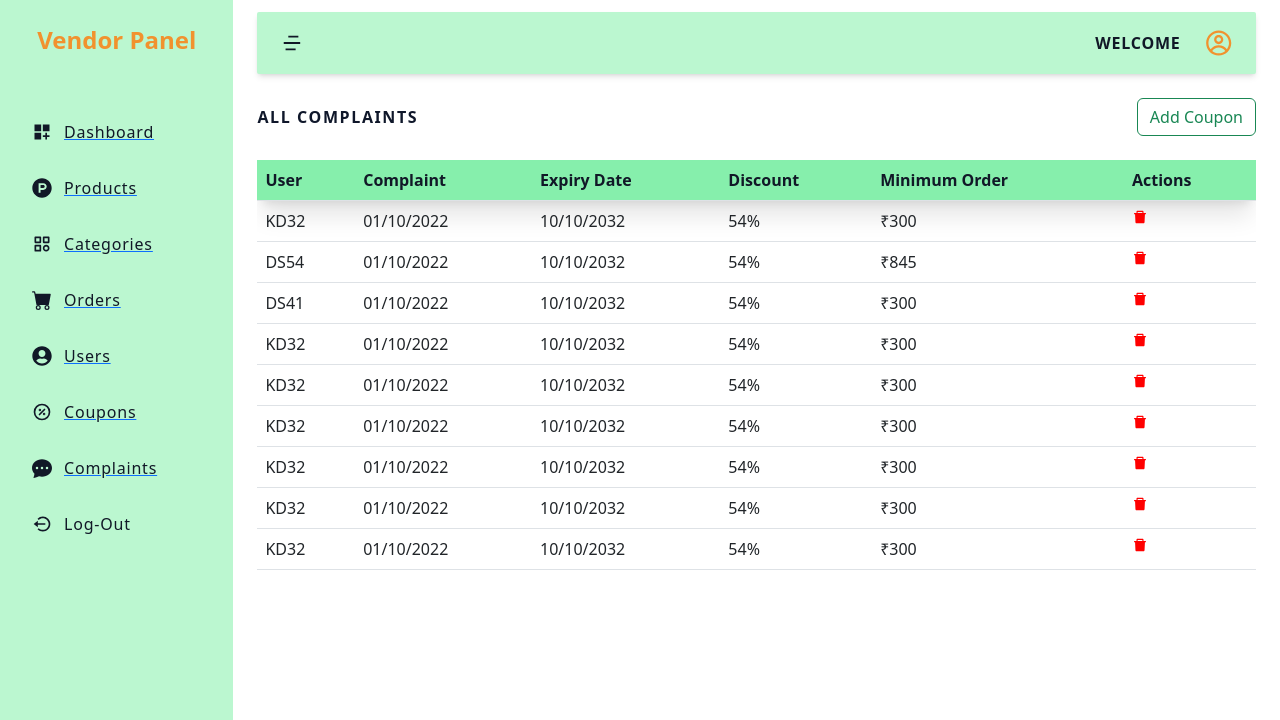
Repository: FlyweisReact/JitenderAdminPanel
Page: /chat
The author's editor kept a copy of each file at every save. The page is drawn from the files as they stood at one save, then again after a run of saves.
The browser window is 1280 px wide. The pictures show the whole page.
The project was rebuilt for these pictures with package versions that can differ from the ones it lists, and the page was loaded fresh each time. Also part of the build but not shown: src/components/forms/Login.jsx, src/components/pages/Dashboard.jsx, src/components/vendorPanel/components/layout/Navbar.jsx, src/components/vendorPanel/components/layout/Sidebar.jsx, src/components/vendorPanel/components/layout/HOC.jsx, src/components/vendorPanel/components/pages/Message/Message.js, src/components/pages/UserKundli/UserKundli.jsx, src/components/pages/discount/Discount.jsx and 18 more.

Above is the page before, as saved 2022-11-05 17:03:35.

### public/index.html
<!-- @format -->

<!DOCTYPE html>
<html lang="en">
  <head>
    <meta charset="utf-8" />
    <!-- <link rel="icon" href="%PUBLIC_URL%/favicon.png" /> -->
    <meta name="viewport" content="width=device-width, initial-scale=1" />
    <meta name="theme-color" content="#000000" />
    <meta
      name="description"
      content="Web site created using create-react-app"
    />
    <link rel="apple-touch-icon" href="%PUBLIC_URL%/favicon.ico?v=2" />

    <link rel="manifest" href="%PUBLIC_URL%/manifest.json" />

    <title>Astrologers Panel</title>
  </head>
  <body>
    <noscript>You need to enable JavaScript to run this app.</noscript>
    <div id="root"></div>
    <script src="https://code.jquery.com/jquery-3.6.0.min.js"></script>
  </body>
</html>

### src/index.js
import React from "react";
import ReactDOM from "react-dom/client";
import "./index.css";
import App from "./App";
import { BrowserRouter } from "react-router-dom";
import 'bootstrap/dist/css/bootstrap.min.css'

const root = ReactDOM.createRoot(document.getElementById("root"));
root.render(
  <React.StrictMode>
    <BrowserRouter>
      <App />
    </BrowserRouter>
  </React.StrictMode>
);

### src/index.css
/** @format */

@tailwind base;
@tailwind components;
@tailwind utilities;

body {
  margin: 0;
  font-family: -apple-system, BlinkMacSystemFont, "Segoe UI", "Roboto", "Oxygen",
    "Ubuntu", "Cantarell", "Fira Sans", "Droid Sans", "Helvetica Neue",
    sans-serif;
  -webkit-font-smoothing: antialiased;
  -moz-osx-font-smoothing: grayscale;
}

code {
  font-family: source-code-pro, Menlo, Monaco, Consolas, "Courier New",
    monospace;
}

/* Wcomponents */
.wcomp::-webkit-scrollbar {
  width: 0px;
}
::-webkit-scrollbar {
  width: 0px;
}
::-webkit-scrollbar-track {
  background: #696f78;
}
/* Handle */
::-webkit-scrollbar-thumb {
  background: #b4b8bf;
}

.main-card--container {
  display: grid;
  grid-template-columns: repeat(3, minmax(300px, 500px));
  grid-gap: 50px;
  justify-content: space-around;
}
.card-container {
  margin: 25px 0 auto;

  position: relative;
  display: grid;
  grid-template-columns: 1fr;
  justify-content: space-around;
  align-items: flex-start;
}

.img-thumbnail {
  width: 80px;
}
.img-large {
  max-width: 80%;
}

### src/App.js
/** @format */

import { Routes, Route, Link } from "react-router-dom";
import Login from "./components/forms/Login";
import Dashboard from "./components/pages/Dashboard";
import { ToastContainer } from "react-toastify";
import MSG from './components/vendorPanel/components/pages/Message/Message'
import "react-toastify/dist/ReactToastify.css";
import UserKundli from "./components/pages/UserKundli/UserKundli";
import Discount from "./components/pages/discount/Discount";
import Chat from "./components/pages/reactChat/Chat";
import Horoscope from "./components/pages/horoScope/Horoscope";
import Specification from "./components/pages/SpecificationPage/Specification";
import VendorLogin from "./components/vendorPanel/components/forms/VendorLogin";
import VendorDashboard from "./components/vendorPanel/components/pages/VendorDashboard";
import Fedd from "./components/pages/FeedBack/Fedd";
import Astrologers from "./components/vendorPanel/components/pages/Astrologer/Astrologers";
import Users from "./components/vendorPanel/components/pages/Users/Users";
import Kundli from "./components/vendorPanel/components/pages/Kundli/Kundli";
import AdminHoro from "./components/vendorPanel/components/pages/Horoscope/Horoscope";
import Forgot from "./components/vendorPanel/components/forms/Forgot";
import ResetPassword from "./components/vendorPanel/components/forms/ResetPassword";
import Changepassword from "./components/vendorPanel/components/forms/Changepassword";
import TimeSlots from "./components/pages/TimeSlots/TimeSlots";
import Documents from "./components/pages/Documents/Documents";
import Banner from "./components/pages/Banner/Banner";
import Notify from "./components/pages/Notifications/Notify";
import Booking from "./components/vendorPanel/components/pages/Booking/Booking";
import ProductDetail from "./components/pages/FeedBack/ProductDetail";

function App() {
  return (
    <>
      <ToastContainer />


      <Routes>
        <Route path="/" element={<Login />} />
        <Route path="/dashboard" element={<Dashboard />} />
        <Route path="/userkundli" element={<UserKundli />} />
        <Route path="/discount" element={<Discount />} />
        <Route path="/horoscope" element={<Horoscope />} />
        <Route path="/specification" element={<Specification />} />
        <Route path="/chat" element={<Chat />} />
        <Route path="feedback" element={<Fedd />} />
        <Route path="/time" element={<TimeSlots />} />
        <Route path="/document" element={<Documents />} />
        <Route path="/ban" element={<Banner />} />
        <Route path='/not' element={<Notify />} />
        <Route path="/viewProduct" element={<ProductDetail />} />
        {/* Admin Panel */}
        <Route path="/vendorLogin" element={<VendorLogin />} />
        <Route path="/otp" element={<Forgot />} />
        <Route path="/book" element={<Booking />} />
        <Route path='/msg' element={ <MSG /> } />
        <Route path="/resetPass" element={<ResetPassword />} />
        <Route path="/resetPassword" element={<Changepassword />} />
        <Route path="/vendorDashboard" element={<VendorDashboard />} />
        <Route path="/astro" element={<Astrologers />} />
        <Route path="/users" element={<Users />} />
        <Route path="/kundli" element={<Kundli />} />
        <Route path="/horo" element={<AdminHoro />} />
      </Routes>
    </>
  );
}

export default App;

### src/components/pages/reactChat/Chat.js
/** @format */

import React, { useEffect, useState } from "react";
import { IoMdClose } from "react-icons/io";
import { AiFillEdit, AiFillDelete, AiFillEye } from "react-icons/ai";
import HOC from "../../layout/HOC";
import axios from "axios";
import { toast } from "react-toastify";
import Table from "react-bootstrap/Table";
import { useNavigate } from "react-router-dom";
import Button from "react-bootstrap/Button";
import Modal from "react-bootstrap/Modal";
import Form from "react-bootstrap/Form";

const products = [
  {
    code: "KD32",
    ActivationDate: "01/10/2022",
    Expirydate: "10/10/2032",
    discount: "54",
    minOrder: "300",
  },
  {
    code: "DS54",
    ActivationDate: "01/10/2022",
    Expirydate: "10/10/2032",
    discount: "54",
    minOrder: "845",
  },
  {
    code: "DS41",
    ActivationDate: "01/10/2022",
    Expirydate: "10/10/2032",
    discount: "54",
    minOrder: "300",
  },

  {
    code: "KD32",
    ActivationDate: "01/10/2022",
    Expirydate: "10/10/2032",
    discount: "54",
    minOrder: "300",
  },
  {
    code: "KD32",
    ActivationDate: "01/10/2022",
    Expirydate: "10/10/2032",
    discount: "54",
    minOrder: "300",
  },
  {
    code: "KD32",
    ActivationDate: "01/10/2022",
    Expirydate: "10/10/2032",
    discount: "54",
    minOrder: "300",
  },

  {
    code: "KD32",
    ActivationDate: "01/10/2022",
    Expirydate: "10/10/2032",
    discount: "54",
    minOrder: "300",
  },
  {
    code: "KD32",
    ActivationDate: "01/10/2022",
    Expirydate: "10/10/2032",
    discount: "54",
    minOrder: "300",
  },
  {
    code: "KD32",
    ActivationDate: "01/10/2022",
    Expirydate: "10/10/2032",
    discount: "54",
    minOrder: "300",
  },
];

// Edit Order Modal ------------------------------------------------------------

function MyVerticallyCenteredModal(props) {
  return (
    <Modal
      {...props}
      size="lg"
      aria-labelledby="contained-modal-title-vcenter"
      centered
    >
      <Modal.Header closeButton>
        <Modal.Title id="contained-modal-title-vcenter">Edit Order</Modal.Title>
      </Modal.Header>
      <Modal.Body>
        <Form>
          <Form.Group className="mb-3" controlId="formBasicPassword">
            <Form.Label>Coupon Code</Form.Label>
            <Form.Control type="text"  />
          </Form.Group>
          <Form.Group className="mb-3" controlId="formBasicPassword">
            <Form.Label>Activation Date</Form.Label>
            <Form.Control type="date"  />
          </Form.Group>
          <Form.Group className="mb-3" controlId="formBasicPassword">
            <Form.Label>Expiry Date</Form.Label>
            <Form.Control type="date"/>
          </Form.Group>
          <Form.Group className="mb-3" controlId="formBasicPassword">
            <Form.Label>Discount</Form.Label>
            <Form.Control type="number" placeholder="90" min={1} />
          </Form.Group>
          <Form.Group className="mb-3" controlId="formBasicPassword">
            <Form.Label>Minimum Order</Form.Label>
            <Form.Control type="number" placeholder="500" min={1} />
          </Form.Group>
          <Button variant="primary" type="submit">
            Submit
          </Button>
        </Form>
      </Modal.Body>
    </Modal>
  );
}

// Edit Order Modal Ends Here ---------------------------------------------------

const Chat = () => {
  const [modalShow, setModalShow] = React.useState(false);

  return (
    <>
      {/* ------------------------------------------------------------- */}

      <MyVerticallyCenteredModal
        show={modalShow}
        onHide={() => setModalShow(false)}
      />

      {/* ------------------------------------------------------------- */}

      <section>
        <div className="pb-4 sticky top-0  w-full flex justify-between items-center bg-white">
          <span className="tracking-widest text-slate-900 font-semibold uppercase ">
            All Complaints
          </span>
          <Button    onClick={() => setModalShow(true)} variant='outline-success'>
            Add Coupon
          </Button>
        </div>

        <div style={{ maxWidth: "100%", overflow: "auto" }}>
          <Table style={{ paddingTop: "5%" }}>
            <thead>
              <tr className=" border-b bg-green-300 shadow-xl text-gray-900">
                <th>User</th>
                <th> Complaint </th>
                <th>Expiry Date</th>
                <th>Discount</th>
                <th>Minimum Order</th>
                <th>Actions</th>
              </tr>
            </thead>
            <tbody>
              {products?.map((i, index) => (
                <tr key={index} style={{ marginTop: "1%" }}>
                  <td>{i.code} </td>
                  <td>{i.ActivationDate} </td>
                  <td>{i.Expirydate} </td>
                  <td>{i.discount}% </td>
                  <td>₹{i.minOrder} </td>
                  <td>
                    <span style={{ display: "flex", gap: "5px" }}>

                      <AiFillDelete color="red" cursor="pointer" />
                    </span>
                  </td>
                </tr>
              ))}
            </tbody>
          </Table>
        </div>
      </section>
    </>
  );
};

export default HOC(Chat);

### src/components/layout/HOC.jsx
import React, { useState } from "react";
import Navbar from "./Navbar";
import Sidebar from "./Sidebar";

const HOC = (Wcomponenet) => {
  return function Component() {
    const [hamb, setHamb] = useState(false);
    return (
      <>
        <section className="flex overflow-x-hidden">
          {/* Sidebar */}
          <div
            className={
              hamb
                ? " absolute top-0 z-30 md:w-auto shadow-md bg-slate-200  w-60 transition-all md:-left-full left duration-150  h-screen  left-0 "
                : " md:w-72 z-30 bg-green-200  shadow-md  md:static absolute top-0 -left-full  h-screen transition-all duration-150 "
            }
          >
            <Sidebar hamb={hamb} setHamb={setHamb} />
          </div>
          {/* Components & Navbar */}
          <div
            className={
              hamb
                ? " transition-all px-4 py-2  bg-white duration-150 w-full h-screen"
                : " w-full h-screen  px-4 py-2  bg-white z-50 transition-all duration-150 "
            }
          >
            <Navbar hamb={hamb} setHamb={setHamb} />
            <div className="my-6 text-white h-[87%] wcomp overflow-y-auto">
              <Wcomponenet />
            </div>
          </div>
        </section>
      </>
    );
  };
};

export default HOC;

### src/components/layout/Navbar.jsx
import { RiMenu4Line } from "react-icons/ri";
import { useNavigate } from "react-router-dom";
import { toast } from "react-toastify";
import { CgProfile } from "react-icons/cg";
import { IoMdClose, IoMdNotifications } from "react-icons/io";
import { useState } from "react";
import Button from "react-bootstrap/Button";
import Modal from "react-bootstrap/Modal";
import Container from "react-bootstrap/Container";
import Form from "react-bootstrap/Form";


function MyVerticallyCenteredModal(props) {
  return (
    <Modal
      {...props}
      size="lg"
      aria-labelledby="contained-modal-title-vcenter"
      centered
    >
      <Modal.Header closeButton>
        <Modal.Title id="contained-modal-title-vcenter">
          Edit Profile
        </Modal.Title>
      </Modal.Header>
      <Modal.Body>
        <Container style={{ width: "600px" }}>
          <Form>
            <Form.Group className="mb-3" controlId="formBasicEmail">
              <Form.Label>Name</Form.Label>
              <Form.Control type="text" placeholder="Admin" />
            </Form.Group>
            <Form.Group className="mb-3" controlId="formBasicPassword">
              <Form.Label>Email Address</Form.Label>
              <Form.Control type="email" placeholder="vendor@gmail.com" />
            </Form.Group>
            <Form.Group className="mb-3" controlId="formBasicPassword">
              <Form.Label>Password</Form.Label>
              <Form.Control type="password" placeholder="Password" />
            </Form.Group>
            <Form.Group className="mb-3" controlId="formBasicPassword">
              <Form.Label>Profile Image</Form.Label>
              <Form.Control type="file"/>
            </Form.Group>
            <Button variant="outline-success" type="submit">
              Edit
            </Button>
          </Form>
        </Container>
      </Modal.Body>

    </Modal>
  );
}



const Navbar = ({ hamb, setHamb }) => {
  const [modalShow, setModalShow] = useState(false);



  return (
    <>

      <MyVerticallyCenteredModal
        show={modalShow}
        onHide={() => setModalShow(false)}
      />

      <div
        className={
          hamb
            ? "flex  w-full justify-between  my-1 rounded-sm  p-4 py-3 shadow-md items-center  bg-green-200 space-x-4"
            : "flex  w-full justify-between my-1 rounded-sm  p-4 py-3 shadow-md items-center  bg-green-200 space-x-4"
        }
      >
        <RiMenu4Line
          onClick={() => setHamb(!hamb)}
          className="text-2xl font-bold text-gray-900 hover:scale-90 cursor-pointer"
        />

        {/* Profile */}
        <section className="flex sm:ml-auto justify-end sm:w-full items-center space-x-2  pr-2">
          <span className="cursor-pointer text-2xl">
            {/* <IoMdNotifications /> */}
          </span>
          <figcaption className="tracking-wider pl-1 font-semibold">
            {" "}
            <div className="lg:text-base text-sm text-gray-900  uppercase">
              Welcome
            </div>
          </figcaption>
        </section>
        <CgProfile
          onClick={() => setModalShow(true)}
          className="text-2xl sm:text-3xl font-bold text-[rgb(241,146,46)] cursor-pointer"
        />

      </div>
    </>
  );
};

export default Navbar;

### src/components/layout/Sidebar.jsx
/** @format */

import React from "react";
import { RiCloseLine } from "react-icons/ri";
import { Link, useNavigate } from "react-router-dom";
import { BsFillChatDotsFill } from "react-icons/bs";
import { MdOutlineHighQuality  ,MdCircleNotifications} from "react-icons/md";
import { BiTable } from "react-icons/bi";
import { BiLogOutCircle , BiCategory } from "react-icons/bi";
import { TbDiscount } from "react-icons/tb";
import { FaProductHunt  ,FaUserCircle } from "react-icons/fa";
import {IoIosTime ,IoMdImages} from 'react-icons/io'
import {GrDocumentPdf} from 'react-icons/gr'
import {BsFillCartFill} from 'react-icons/bs'

import { MdDashboardCustomize } from "react-icons/md";
import { toast } from "react-toastify";

const Sidebar = ({ hamb, setHamb }) => {
  const navigate = useNavigate();

  const nav = [
    {
      icon: <MdDashboardCustomize className="text-xl mr-3" />,
      link: "/dashboard",
      name: "Dashboard",
    },
    {
      icon: <FaProductHunt className="text-xl mr-3" />,
      link: "/feedback",
      name: "Products",
    },
    {
      icon: <BiCategory className="text-xl mr-3" />,
      link: "/userkundli",
      name: "Categories",
    },
    {
      icon: <BsFillCartFill className="text-xl mr-3" />,
      link: "/time",
      name: "Orders",
    },
    {
      icon: <FaUserCircle className="text-xl mr-3" />,
      link: "/document",
      name: "Users",
    },
    {
      icon: <TbDiscount className="text-xl mr-3" />,
      link: "/discount",
      name: "Coupons",
    },
    {
      icon: <BsFillChatDotsFill className="text-xl mr-3" />,
      link: "/chat",
      name: "Complaints",
    },
  ];

  const logOut = () => {
    navigate("/");
    toast.success("Log -Out Successfull");
  };
  return (
    <>
      <aside className="p-4 bg-green-200">
        {/* Top */}
        <div className="w-full md:hidden relative  p-2 mb-4">
          <RiCloseLine
            onClick={() => setHamb(!hamb)}
            className="text-3xl  absolute top-2 sm:hover:rotate-[228deg] transition-transform font-bold right-2 sm:hover:text-[22px] text-[rgb(241,146,46)] cursor-pointer"
          />
        </div>
        {/* Logo */}
        <figure className="flex  flex-col items-center">
          <span className="font-bold text-[rgb(241,146,46)] text-2xl">
            Vendor Panel
            {/* <img src={image} className="h-24" /> */}
          </span>
        </figure>
        {/* Nav-menu */}
        <nav className="py-6">
          {nav.map((nav) => {
            return (
              <Link to={nav.link} key={nav.name} className="">
                <span className="flex my-3 items-center cursor-pointer text-gray-900    tracking-wider p-2 rounded-sm">
                  {nav.icon} {nav.name}
                </span>
              </Link>
            );
          })}
          <span
            className="flex my-3 items-center cursor-pointer text-gray-900    tracking-wider p-2 rounded-sm"
            onClick={() => logOut()}
          >
            <BiLogOutCircle className="text-xl mr-3" /> Log-Out
          </span>
        </nav>
      </aside>
    </>
  );
};

export default Sidebar;

Loaded but not shown: tailwind.config.js (common file)

After the next 3 saves:
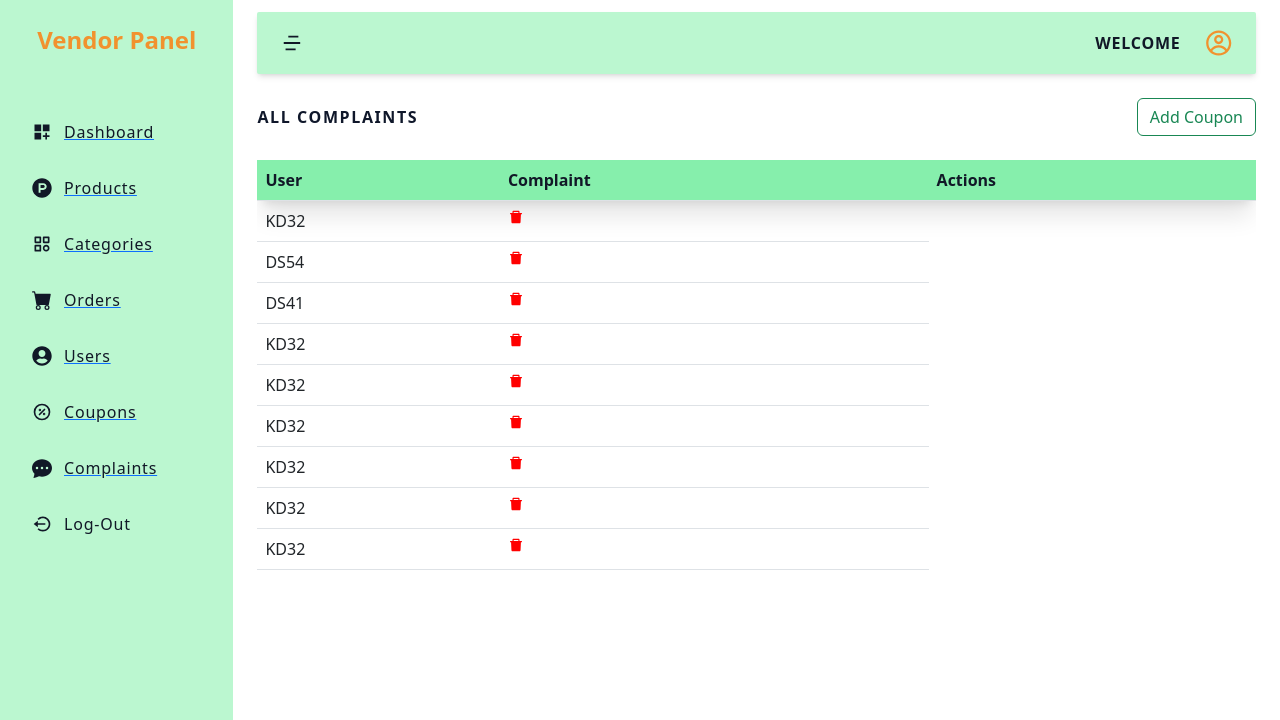
The 3 saves are shown as one change because they came seconds apart.
The last was saved 10 s later.
--- a/src/components/pages/reactChat/Chat.js
+++ b/src/components/pages/reactChat/Chat.js
@@ -97,15 +97,15 @@ function MyVerticallyCenteredModal(props) {
         <Form>
           <Form.Group className="mb-3" controlId="formBasicPassword">
             <Form.Label>Coupon Code</Form.Label>
-            <Form.Control type="text"  />
+            <Form.Control type="text" />
           </Form.Group>
           <Form.Group className="mb-3" controlId="formBasicPassword">
             <Form.Label>Activation Date</Form.Label>
-            <Form.Control type="date"  />
+            <Form.Control type="date" />
           </Form.Group>
           <Form.Group className="mb-3" controlId="formBasicPassword">
             <Form.Label>Expiry Date</Form.Label>
-            <Form.Control type="date"/>
+            <Form.Control type="date" />
           </Form.Group>
           <Form.Group className="mb-3" controlId="formBasicPassword">
             <Form.Label>Discount</Form.Label>
@@ -145,7 +145,7 @@ const Chat = () => {
           <span className="tracking-widest text-slate-900 font-semibold uppercase ">
             All Complaints
           </span>
-          <Button    onClick={() => setModalShow(true)} variant='outline-success'>
+          <Button onClick={() => setModalShow(true)} variant="outline-success">
             Add Coupon
           </Button>
         </div>
@@ -156,9 +156,7 @@ const Chat = () => {
               <tr className=" border-b bg-green-300 shadow-xl text-gray-900">
                 <th>User</th>
                 <th> Complaint </th>
-                <th>Expiry Date</th>
-                <th>Discount</th>
-                <th>Minimum Order</th>
+
                 <th>Actions</th>
               </tr>
             </thead>
@@ -166,13 +164,9 @@ const Chat = () => {
               {products?.map((i, index) => (
                 <tr key={index} style={{ marginTop: "1%" }}>
                   <td>{i.code} </td>
-                  <td>{i.ActivationDate} </td>
-                  <td>{i.Expirydate} </td>
-                  <td>{i.discount}% </td>
-                  <td>₹{i.minOrder} </td>
+
                   <td>
                     <span style={{ display: "flex", gap: "5px" }}>
-
                       <AiFillDelete color="red" cursor="pointer" />
                     </span>
                   </td>
